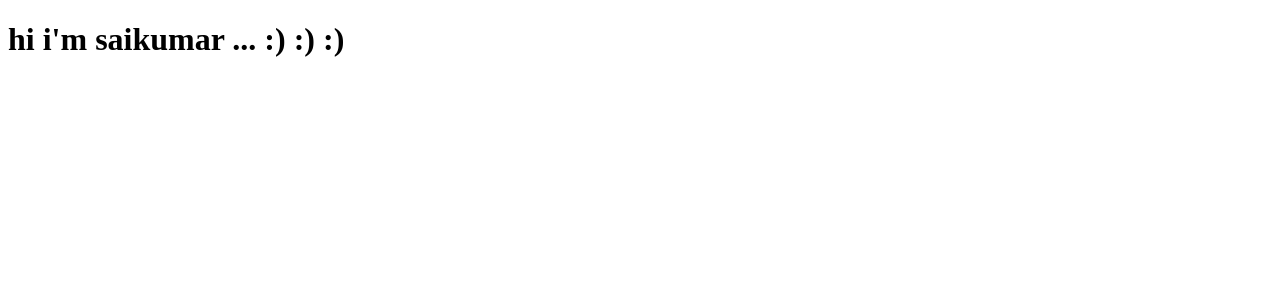
Repository: Saikumar6901/DBSTrainingModules
Page: workspace-spring-tool-suite-4-4.3.2.RELEASE/webmvc/src/main/webapp/abc.html
These files come from the project's save history. The page is drawn as it stood at one moment and after the next save; the edit follows.
The browser window is 1280 px wide. The pictures show the whole page.

Above is the page before, as saved 2019-08-16 06:37:22.

After the next save:
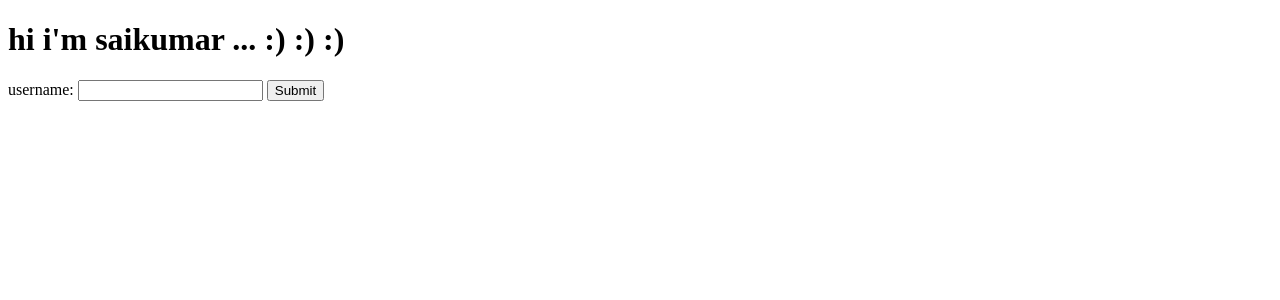
Saved 3 min 23 s later.
--- a/workspace-spring-tool-suite-4-4.3.2.RELEASE/webmvc/src/main/webapp/abc.html
+++ b/workspace-spring-tool-suite-4-4.3.2.RELEASE/webmvc/src/main/webapp/abc.html
@@ -6,5 +6,9 @@
 </head>
 <body>
 <h1>hi i'm saikumar ... :) :) :)</h1>
+<form action="">
+username: <input type="text" name="uname">
+<input type="submit">
+</form>
 </body>
 </html>
